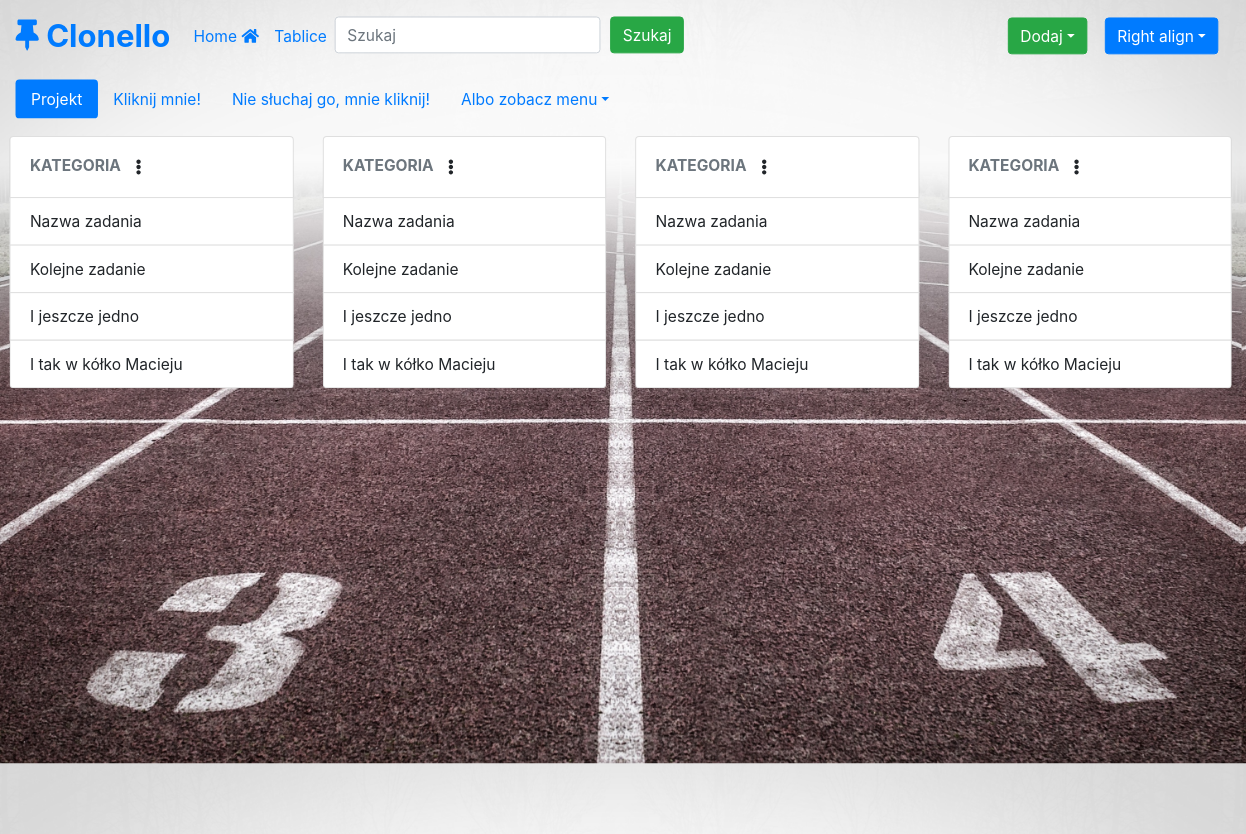
Repository: jnehlt/PAW-lab
Page: / (app in Frontend/clonello/)
An editor plug-in stored every save of this project. The page is shown before and after a run of saves, followed by the edit.
The browser window is 1280 px wide. The page is 1285 px wide, so the pictures cover 1285 px, including what lies to the right of the window. The pictures show the whole page, at 97% of full size.
The project was rebuilt for these pictures with package versions that can differ from the ones it lists, and the page was loaded fresh each time.

Above is the page before, as saved 2020-04-24 22:52:01.

### Frontend/clonello/src/main.js
import "@babel/polyfill";
import "mutationobserver-shim";
import Vue from "vue";
import "./plugins/bootstrap-vue";
import App from "./App.vue";
import router from "./router";
import "@fortawesome/fontawesome-free/css/all.css";
import "@fortawesome/fontawesome-free/js/all.js";

Vue.config.productionTip = false;

new Vue({
  router,
  render: h => h(App)
}).$mount("#app");

### Frontend/clonello/src/App.vue
<template>
  <div id="app">
    <topheader></topheader>
    <projectheader></projectheader>

    <div class="row">
        <maincard></maincard>
        <maincard></maincard>
        <maincard></maincard>
        <maincard></maincard>
        <maincard></maincard>
        <maincard></maincard>
        <maincard></maincard>
        <maincard></maincard>
    </div>
    <router-view />
  </div>
</template>

<script>
import TopHeader from "@/components/TopHeader.vue";
import ProjectHeader from "@/components/ProjectHeader.vue";
import MainCard from "@/components/MainCard.vue";

export default {
  components: {
    "topheader": TopHeader,
    "projectheader": ProjectHeader,
    "maincard": MainCard
  }
};
</script>

<style lang="scss">

body {
    background-image: url("../src/assets/running-track-sn-3000x2001.jpg");
    background-size: cover;
    background-position: center;
}

.dropdown-header {
    font-size: larger;
    font-weight: bolder;
}

html, body {
    height: 100%;
}

.list-head {
    font-weight: bolder;
    text-transform: uppercase;
}

.btn {
    margin-left: 2px;
}


.row {
  display: flex;
  flex-wrap: nowrap;
  overflow-x: auto;
  margin-left: -5px;
  margin-right: -5px;
  margin-top: 10px;
  height: 100vh;
}

::-webkit-scrollbar {
  height: 4px;              /* height of horizontal scrollbar ← You're missing this */
  width: 4px;               /* width of vertical scrollbar */
  border: 1px solid #d5d5d5;
  margin-left: -5px;
  margin-right: -5px;
}


</style>

### Frontend/clonello/src/components/TopHeader.vue
<template>
  <div>
    <nav class="navbar navbar-expand-lg">
      <a class="navbar-brand" href="#"><i class="fas fa-thumbtack"></i> Clonello</a>
      <button class="navbar-toggler navbar-dark" type="button" data-toggle="collapse" data-target="#navbarNav" aria-controls="navbarNav" aria-expanded="false" aria-label="Toggle navigation">
          <span class="navbar-toggler-icon"></span>
      </button>
      <div class="collapse navbar-collapse" id="navbarNav">
        <ul class="navbar-nav mr-auto">
          <li class="nav-item">
            <a class="nav-link" href="#">Home <i class="fas fa-home"></i></a>
          </li>
          <li class="nav-item">
            <a class="nav-link" href="#">Tablice</a>
          </li>
          <li class="nav-item">
            <form class="form-inline my-2 my-lg-0">
              <input class="form-control mr-sm-2" type="search" placeholder="Szukaj" aria-label="Search">
              <button class="btn btn-success my-2 my-sm-0" type="submit">Szukaj</button>
            </form>
          </li>
        </ul>
        <ul class="navbar-right navbar-nav">
          <li>
            <b-dropdown id="dropdown-right" right text="Dodaj" variant="success" class="m-2">
              <b-dropdown-item href="#">Action</b-dropdown-item>
              <b-dropdown-item href="#">Another action</b-dropdown-item>
              <b-dropdown-item href="#">Something else here</b-dropdown-item>
            </b-dropdown>
            <b-dropdown id="dropdown-right" right text="Right align" variant="primary" class="m-2">
              <b-dropdown-item href="#">Action</b-dropdown-item>
              <b-dropdown-item href="#">Another action</b-dropdown-item>
              <b-dropdown-item href="#">Something else here</b-dropdown-item>
            </b-dropdown>
          </li>
        </ul>
      </div>
    </nav>
  </div>
  <!-- class="btn btn-success" type="button" data-toggle="collapse" data-target="#collapseAdd" aria-expanded="false" aria-controls="collapseAdd">Dodaj <i class="fas fa-plus"></i>
            </button> -->
</template>

<script>



export default {

};
</script>

<!-- Add "scoped" attribute to limit CSS to this component only -->
<style scoped lang="scss">
.navbar-brand {
    font-weight: bolder;
    font-size: 2em;
}

.navbar {
    background-color: transparent;
}

.navbar-toggler {
    background-color: #4e555b;
}
</style>

### Frontend/clonello/src/components/ProjectHeader.vue
<template>
  <div>
      <div class="navbar navbar-expand-lg">
      <ul class="nav nav-pills nav-fill">
        <li class="nav-item">
          <a class="nav-link active" href="#">Projekt</a>
        </li>
        <li class="nav-item">
          <a class="nav-link" href="#">Kliknij mnie!</a>
        </li>
        <li class="nav-item">
          <a class="nav-link" href="#">Nie słuchaj go, mnie kliknij!</a>
        </li>
        <li class="nav-item dropdown">
          <a class="nav-link dropdown-toggle" data-toggle="dropdown" href="#" role="button" aria-haspopup="true" aria-expanded="false">Albo zobacz menu</a>
          <div class="dropdown-menu">
            <h5 class="dropdown-header">Menu</h5>
            <div class="dropdown-divider"></div>
            <a class="dropdown-item" href="#">No dobra</a>
            <a class="dropdown-item" href="#">Trochę zamieszania</a>
            <a class="dropdown-item" href="#">Dziwnie wyszło</a>
            <a class="dropdown-item" href="#">Ale klinkij tamte</a>
          </div>
        </li>
      </ul>
    </div>
  </div>
</template>

<script>
export default {

}
</script>

<style>
.navbar-brand {
    font-weight: bolder;
    font-size: 2em;
}

.navbar {
    background-color: transparent;
}

.navbar-toggler {
    background-color: #4e555b;
}
</style>

### Frontend/clonello/src/components/MainCard.vue
<template>
        <div class="col-3 col-md-3 col-sm-3">
            <ul class="list-group">
                <li class="list-group-item disabled list-head" aria-disabled="true">Kategoria<button class="btn btn-kropki"><i class="fas fa-ellipsis-v"></i></button></li>
                <li class="list-group-item">Nazwa zadania</li>
                <li class="list-group-item">Kolejne zadanie</li>
                <li class="list-group-item">I jeszcze jedno</li>
                <li class="list-group-item">I tak w kółko Macieju</li>
            </ul>
        </div>

</template>

<script>
export default {

}
</script>

<style>

</style>

### Frontend/clonello/src/views/Home.vue
<template>
  <div class="home"></div>
</template>

<script>
// @ is an alias to /src
export default {
  name: "Home",
  components: {}
};
</script>

Loaded but not shown: Frontend/clonello/public/index.html (common file); Frontend/clonello/src/plugins/bootstrap-vue.js (common file); Frontend/clonello/src/router/index.js (common file)

After the next 2 saves:
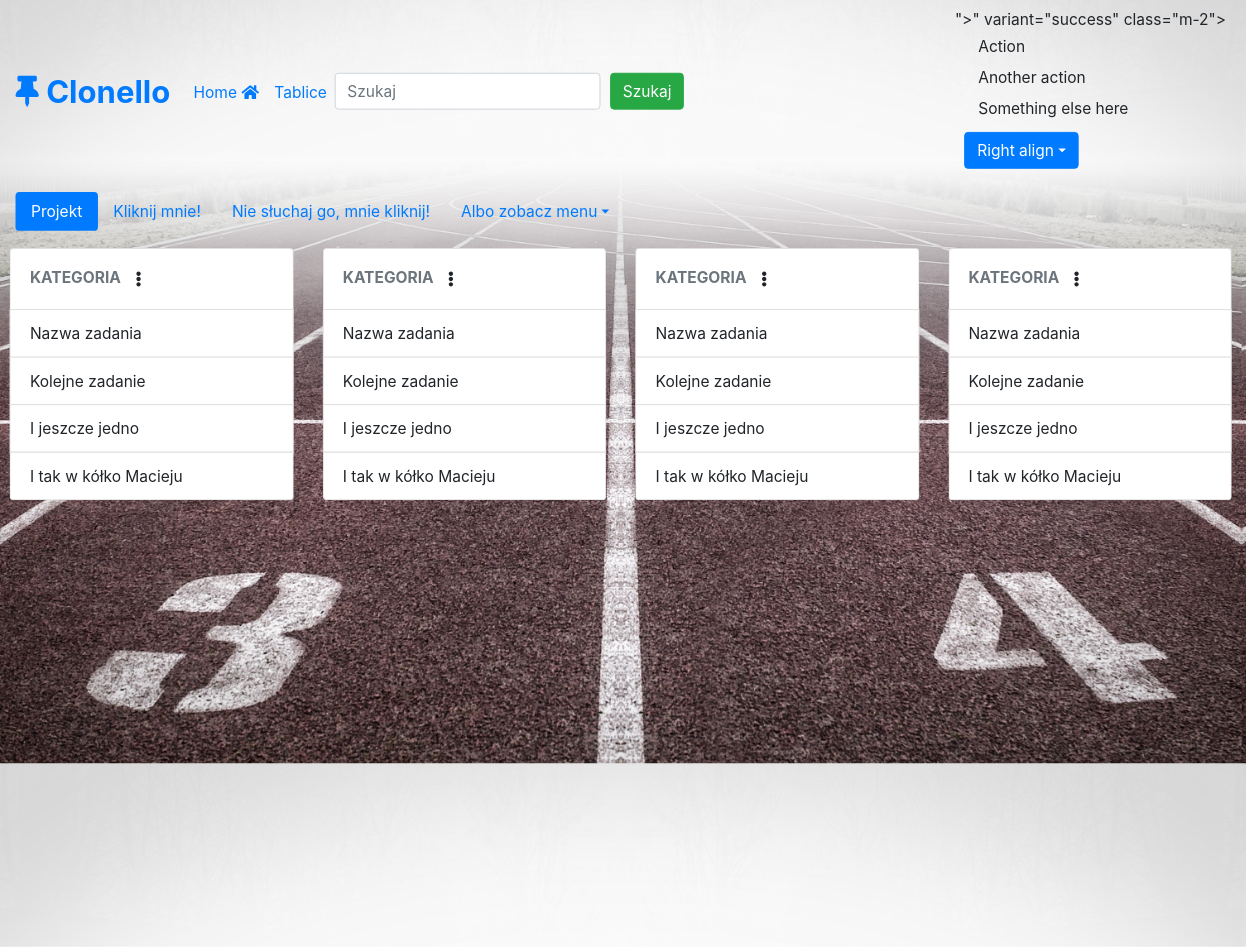
The 2 saves are shown as one change because they came seconds apart.
The last was saved 9 s later.
--- a/Frontend/clonello/src/components/TopHeader.vue
+++ b/Frontend/clonello/src/components/TopHeader.vue
@@ -22,7 +22,7 @@
         </ul>
         <ul class="navbar-right navbar-nav">
           <li>
-            <b-dropdown id="dropdown-right" right text="Dodaj" variant="success" class="m-2">
+            <b-dropdown id="dropdown-right" right text="Dodaj <i class="fas fa-plus">" variant="success" class="m-2">
               <b-dropdown-item href="#">Action</b-dropdown-item>
               <b-dropdown-item href="#">Another action</b-dropdown-item>
               <b-dropdown-item href="#">Something else here</b-dropdown-item>

After the 2 saves that followed:
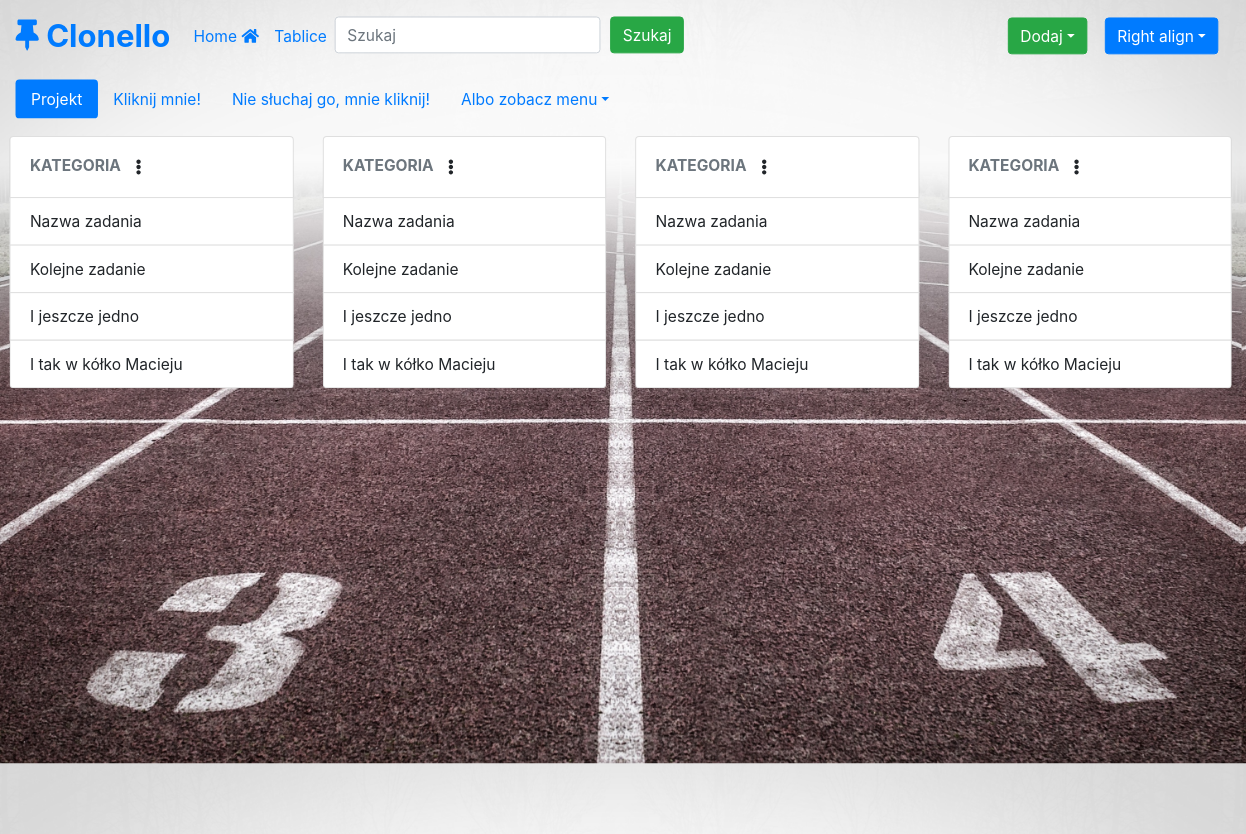
The 2 saves are shown as one change because they came seconds apart.
The last was saved 8 s later.
--- a/Frontend/clonello/src/components/TopHeader.vue
+++ b/Frontend/clonello/src/components/TopHeader.vue
@@ -22,7 +22,7 @@
         </ul>
         <ul class="navbar-right navbar-nav">
           <li>
-            <b-dropdown id="dropdown-right" right text="Dodaj <i class="fas fa-plus">" variant="success" class="m-2">
+            <b-dropdown id="dropdown-right" right text="Dodaj" variant="success" class="m-2">
               <b-dropdown-item href="#">Action</b-dropdown-item>
               <b-dropdown-item href="#">Another action</b-dropdown-item>
               <b-dropdown-item href="#">Something else here</b-dropdown-item>
